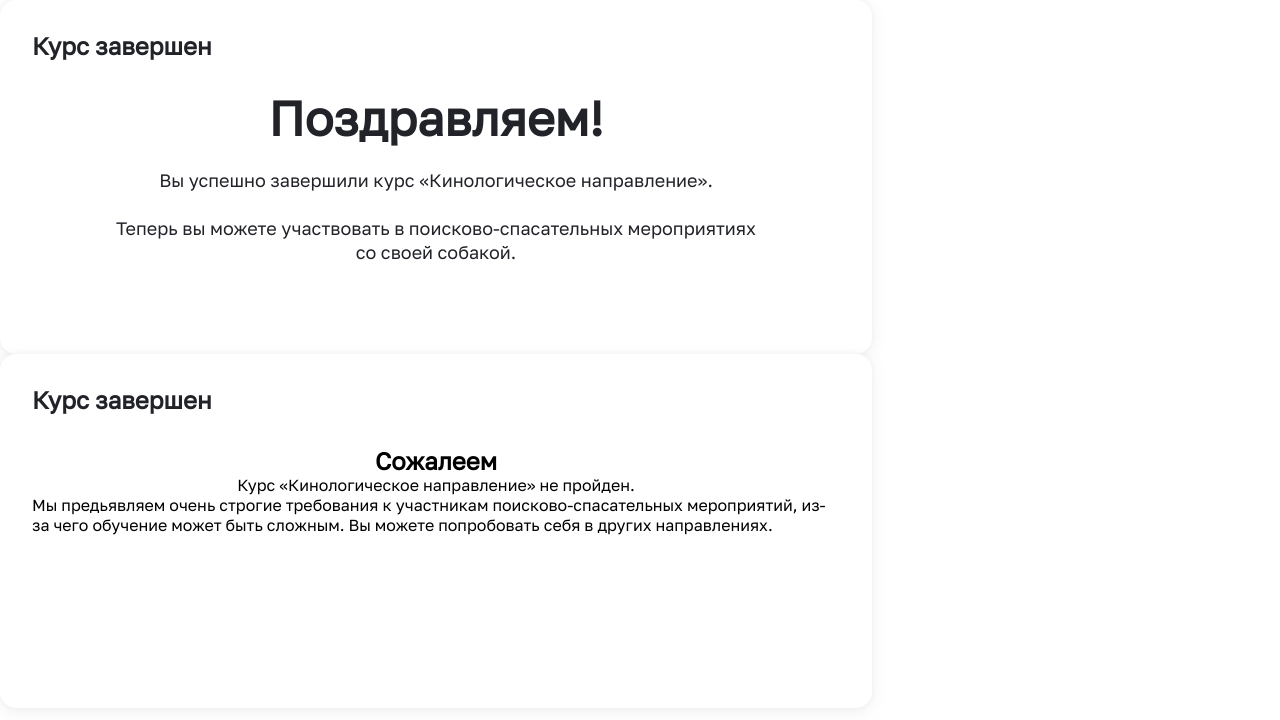
Repository: RuslanSR2424/Group5_LizaAlert
Page: index.html
An editor plug-in stored every save of this project. The page is shown before and after the next save, followed by the edit.
The browser window is 1280 px wide. The pictures show the whole page.

Above is the page before, as saved 2022-03-10 14:41:28.

After the next save:
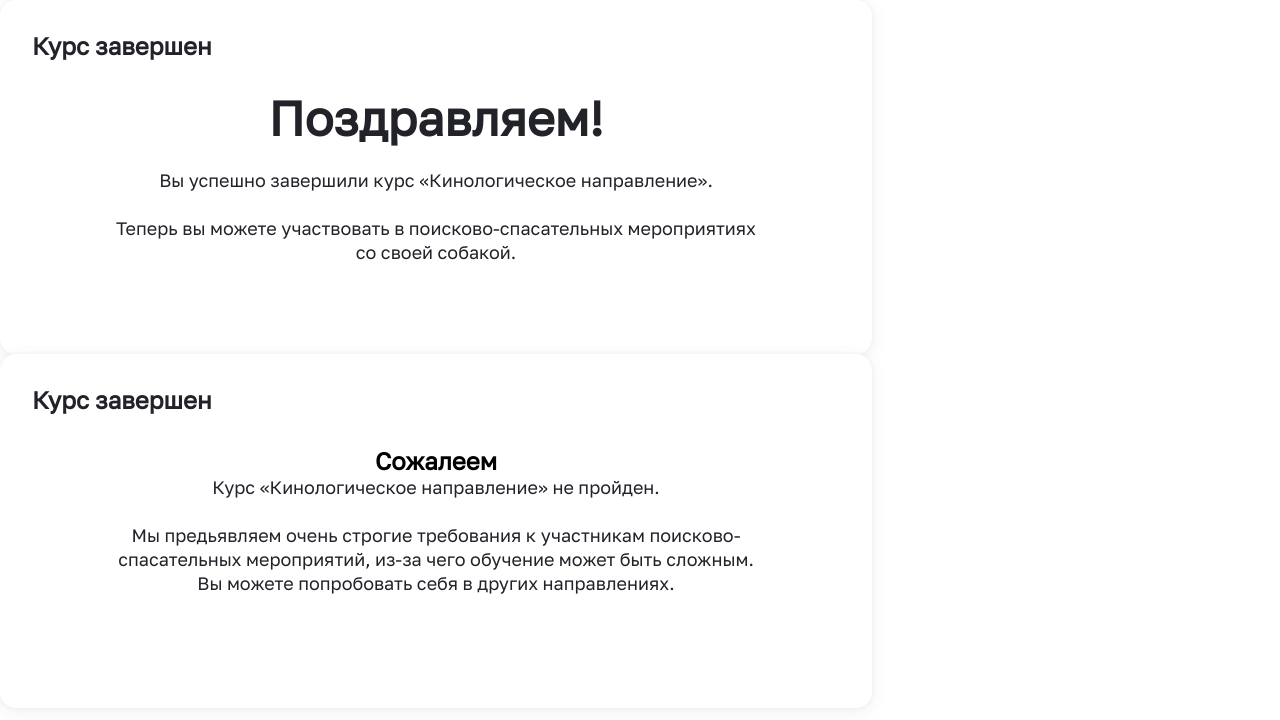
Saved 22 s later.
--- a/pages/index.css
+++ b/pages/index.css
@@ -10,5 +10,6 @@
 @import url(../blocks/endOfCourse/__container/_type/endOfCourse__container_type_congratulate.css);
 @import url(../blocks/endOfCourse/__text/endOfCourse__text.css);
 @import url(../blocks/endOfCourse/__text/_type/endOfCourse__text_type_congratulate.css);
+@import url(../blocks/endOfCourse/__text/_type/endOfCourse__text_type_sorry.css);
 @import url(../blocks/endOfCourse/__title/endOfCourse__title.css);
 @import url(../blocks/endOfCourse/__title/_type/endOfCourse__title_type_congratulate.css);
